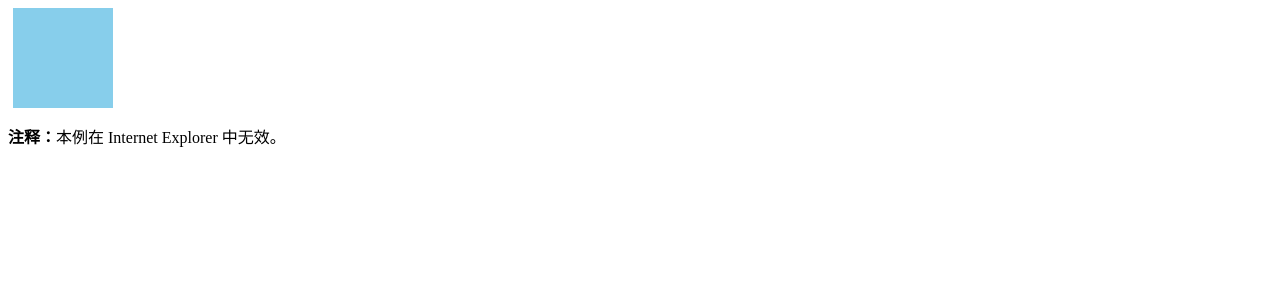
Repository: YukiXueyan/moquWebsite
Page: html/动画.html
The author's editor kept a copy of each file at every save. The page is drawn from the files as they stood at one save, then again after the next save.
The browser window is 1280 px wide. The pictures show the whole page.

Above is the page before, as saved 2020-07-05 16:52:29.

After the next save:
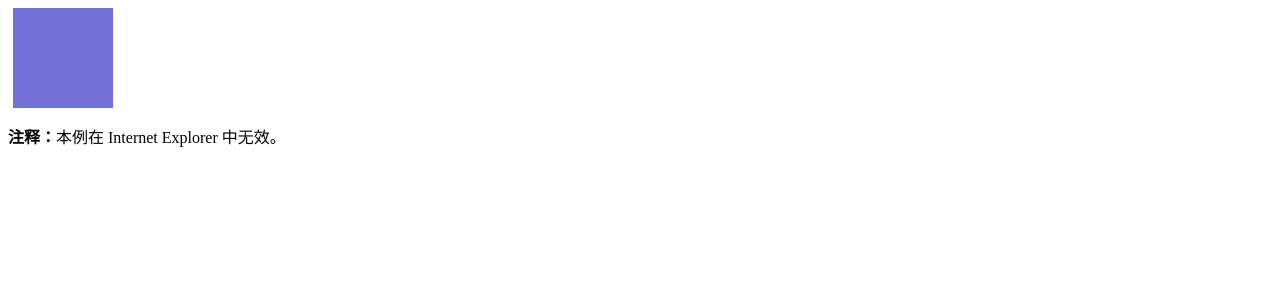
Saved 11 s later.
--- a/html/动画.html
+++ b/html/动画.html
@@ -6,7 +6,7 @@
 width:100px;
 height:100px;
 background:skyblue;
-animation:myfirst1 5s;
+animation:myfirst1 10s;
 margin: 5px;
 
 }
